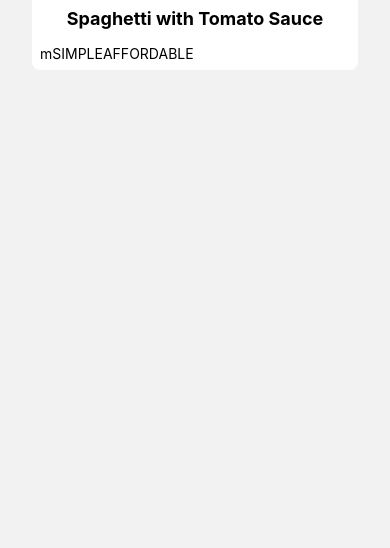
Repository: SyLe-Van/Food-Category-App
Screen: /, after clicking the first element matching `div.r-cursor-1loqt21`
The author's editor kept a copy of each file at every save. The screen is drawn from the files as they stood at one save, then again after the next save.
The pictures show rows 296 to 844 of an output 844 px tall.
The app was drawn by React Native's web renderer in a window 390 px wide. The project was rebuilt for these pictures with package versions that can differ from the ones it lists, and the page was loaded fresh each time.

Above is the screen before, as saved 2024-02-19 10:49:07.

### App.js
import { StatusBar } from "expo-status-bar";
import { StyleSheet } from "react-native";
import { NavigationContainer } from "@react-navigation/native";
import { createNativeStackNavigator } from "@react-navigation/native-stack";

import CategoriesScreen from "./screens/CategoriesScreen";
import MealsOverviewScreen from "./screens/MealsOverViewScreen";

const Stack = createNativeStackNavigator();

export default function App() {
  return (
    <>
      <StatusBar style="dark" />
      <NavigationContainer>
        <Stack.Navigator>
          <Stack.Screen name="MealsCategories" component={CategoriesScreen} />
          <Stack.Screen name="MealsOverview" component={MealsOverviewScreen} />
        </Stack.Navigator>
      </NavigationContainer>
    </>
  );
}

const styles = StyleSheet.create({
  container: {
    flex: 1,
    backgroundColor: "#fff",
    alignItems: "center",
    justifyContent: "center",
  },
});

### screens/CategoriesScreen.js
import { FlatList } from "react-native";
import { CATEGORIES } from "../data/dummy-data";
import CategoryGridTile from "../components/CategoryGridTile";

function CategoriesScreen({ navigation }) {
  function renderCategoryItem(itemData) {
    function pressHandler() {
      navigation.navigate("MealsOverview", {
        categoryId: itemData.item.id,
      });
    }
    return (
      <CategoryGridTile
        title={itemData.item.title}
        color={itemData.item.color}
        onPress={pressHandler}
      />
    );
  }
  return (
    <FlatList
      data={CATEGORIES}
      keyExtractor={(item) => item.id}
      renderItem={renderCategoryItem}
      numColumns={2}
    />
  );
}
export default CategoriesScreen;

### screens/MealsOverViewScreen.js
import { MEALS } from "../data/dummy-data";
import { View, Text, StyleSheet, FlatList } from "react-native";
import MealItem from "../components/MealItem";
function MealsOverviewScreen({ route }) {
  const catId = route.params.categoryId;
  const displayedMeals = MEALS.filter((mealItem) => {
    return mealItem.categoryIds.indexOf(catId) >= 0;
  });
  function renderMealItem(itemData) {
    const mealItemProps = {
      title: itemData.item.title,
      imageUrl: itemData.item.imageUrl,
      affordability: itemData.item.affordability,
      complexity: itemData.item.complexity,
      duaration: itemData.item.duaration,
    };
    return <MealItem {...mealItemProps} />;
  }
  return (
    <View style={styles.container}>
      <FlatList
        data={displayedMeals}
        keyExtractor={(item) => item.id}
        renderItem={renderMealItem}
      />
    </View>
  );
}
export default MealsOverviewScreen;

const styles = StyleSheet.create({
  container: {
    flex: 1,
    padding: 16,
  },
});

### data/dummy-data.js
import Category from "../models/category";
import Meal from "../models/meal";

export const CATEGORIES = [
  new Category("c1", "Italian", "#f5428d"),
  new Category("c2", "Quick & Easy", "#f54242"),
  new Category("c3", "Hamburgers", "#f5a442"),
  new Category("c4", "German", "#f5d142"),
  new Category("c5", "Light & Lovely", "#368dff"),
  new Category("c6", "Exotic", "#41d95d"),
  new Category("c7", "Breakfast", "#9eecff"),
  new Category("c8", "Asian", "#b9ffb0"),
  new Category("c9", "French", "#ffc7ff"),
  new Category("c10", "Summer", "#47fced"),
];

export const MEALS = [
  new Meal(
    "m1",
    ["c1", "c2"],
    "Spaghetti with Tomato Sauce",
    "affordable",
    "simple",
    "https://upload.wikimedia.org/wikipedia/commons/thumb/2/20/Spaghetti_Bolognese_mit_Parmesan_oder_Grana_Padano.jpg/800px-Spaghetti_Bolognese_mit_Parmesan_oder_Grana_Padano.jpg",
    20,
    [
      "4 Tomatoes",
      "1 Tablespoon of Olive Oil",
      "1 Onion",
      "250g Spaghetti",
      "Spices",
      "Cheese (optional)",
    ],
    [
      "Cut the tomatoes and the onion into small pieces.",
      "Boil some water - add salt to it once it boils.",
      "Put the spaghetti into the boiling water - they should be done in about 10 to 12 minutes.",
      "In the meantime, heaten up some olive oil and add the cut onion.",
      "After 2 minutes, add the tomato pieces, salt, pepper and your other spices.",
      "The sauce will be done once the spaghetti are.",
      "Feel free to add some cheese on top of the finished dish.",
    ],
    false,
    true,
    true,
    true
  ),

  new Meal(
    "m2",
    ["c2"],
    "Toast Hawaii",
    "affordable",
    "simple",
    "https://cdn.pixabay.com/photo/2018/07/11/21/51/toast-3532016_1280.jpg",
    10,
    [
      "1 Slice White Bread",
      "1 Slice Ham",
      "1 Slice Pineapple",
      "1-2 Slices of Cheese",
      "Butter",
    ],
    [
      "Butter one side of the white bread",
      "Layer ham, the pineapple and cheese on the white bread",
      "Bake the toast for round about 10 minutes in the oven at 200°C",
    ],
    false,
    false,
    false,
    false
  ),

  new Meal(
    "m3",
    ["c3"],
    "Classic Hamburger",
    "pricey",
    "simple",
    "https://cdn.pixabay.com/photo/2014/10/23/18/05/burger-500054_1280.jpg",
    45,
    [
      "300g Cattle Hack",
      "1 Tomato",
      "1 Cucumber",
      "1 Onion",
      "Ketchup",
      "2 Burger Buns",
    ],
    [
      "Form 2 patties",
      "Fry the patties for c. 4 minutes on each side",
      "Quickly fry the buns for c. 1 minute on each side",
      "Bruch buns with ketchup",
      "Serve burger with tomato, cucumber and onion",
    ],
    false,
    false,
    false,
    true
  ),

  new Meal(
    "m4",
    ["c4"],
    "Wiener Schnitzel",
    "luxurious",
    "challenging",
    "https://cdn.pixabay.com/photo/2018/03/31/19/29/schnitzel-3279045_1280.jpg",
    60,
    [
      "8 Veal Cutlets",
      "4 Eggs",
      "200g Bread Crumbs",
      "100g Flour",
      "300ml Butter",
      "100g Vegetable Oil",
      "Salt",
      "Lemon Slices",
    ],
    [
      "Tenderize the veal to about 2–4mm, and salt on both sides.",
      "On a flat plate, stir the eggs briefly with a fork.",
      "Lightly coat the cutlets in flour then dip into the egg, and finally, coat in breadcrumbs.",
      "Heat the butter and oil in a large pan (allow the fat to get very hot) and fry the schnitzels until golden brown on both sides.",
      "Make sure to toss the pan regularly so that the schnitzels are surrounded by oil and the crumbing becomes ‘fluffy’.",
      "Remove, and drain on kitchen paper. Fry the parsley in the remaining oil and drain.",
      "Place the schnitzels on awarmed plate and serve garnishedwith parsley and slices of lemon.",
    ],
    false,
    false,
    false,
    false
  ),

  new Meal(
    "m5",
    ["c2", "c5", "c10"],
    "Salad with Smoked Salmon",
    "luxurious",
    "simple",
    "https://cdn.pixabay.com/photo/2016/10/25/13/29/smoked-salmon-salad-1768890_1280.jpg",
    15,
    [
      "Arugula",
      "Lamb's Lettuce",
      "Parsley",
      "Fennel",
      "200g Smoked Salmon",
      "Mustard",
      "Balsamic Vinegar",
      "Olive Oil",
      "Salt and Pepper",
    ],
    [
      "Wash and cut salad and herbs",
      "Dice the salmon",
      "Process mustard, vinegar and olive oil into a dessing",
      "Prepare the salad",
      "Add salmon cubes and dressing",
    ],
    true,
    false,
    true,
    true
  ),

  new Meal(
    "m6",
    ["c6", "c10"],
    "Delicious Orange Mousse",
    "affordable",
    "hard",
    "https://cdn.pixabay.com/photo/2017/05/01/05/18/pastry-2274750_1280.jpg",
    240,
    [
      "4 Sheets of Gelatine",
      "150ml Orange Juice",
      "80g Sugar",
      "300g Yoghurt",
      "200g Cream",
      "Orange Peel",
    ],
    [
      "Dissolve gelatine in pot",
      "Add orange juice and sugar",
      "Take pot off the stove",
      "Add 2 tablespoons of yoghurt",
      "Stir gelatin under remaining yoghurt",
      "Cool everything down in the refrigerator",
      "Whip the cream and lift it under die orange mass",
      "Cool down again for at least 4 hours",
      "Serve with orange peel",
    ],
    true,
    false,
    true,
    false
  ),

  new Meal(
    "m7",
    ["c7"],
    "Pancakes",
    "affordable",
    "simple",
    "https://cdn.pixabay.com/photo/2018/07/10/21/23/pancake-3529653_1280.jpg",
    20,
    [
      "1 1/2 Cups all-purpose Flour",
      "3 1/2 Teaspoons Baking Powder",
      "1 Teaspoon Salt",
      "1 Tablespoon White Sugar",
      "1 1/4 cups Milk",
      "1 Egg",
      "3 Tablespoons Butter, melted",
    ],
    [
      "In a large bowl, sift together the flour, baking powder, salt and sugar.",
      "Make a well in the center and pour in the milk, egg and melted butter; mix until smooth.",
      "Heat a lightly oiled griddle or frying pan over medium high heat.",
      "Pour or scoop the batter onto the griddle, using approximately 1/4 cup for each pancake. Brown on both sides and serve hot.",
    ],
    true,
    false,
    true,
    false
  ),

  new Meal(
    "m8",
    ["c8"],
    "Creamy Indian Chicken Curry",
    "pricey",
    "challenging",
    "https://cdn.pixabay.com/photo/2018/06/18/16/05/indian-food-3482749_1280.jpg",
    35,
    [
      "4 Chicken Breasts",
      "1 Onion",
      "2 Cloves of Garlic",
      "1 Piece of Ginger",
      "4 Tablespoons Almonds",
      "1 Teaspoon Cayenne Pepper",
      "500ml Coconut Milk",
    ],
    [
      "Slice and fry the chicken breast",
      "Process onion, garlic and ginger into paste and sauté everything",
      "Add spices and stir fry",
      "Add chicken breast + 250ml of water and cook everything for 10 minutes",
      "Add coconut milk",
      "Serve with rice",
    ],
    true,
    false,
    false,
    true
  ),

  new Meal(
    "m9",
    ["c9"],
    "Chocolate Souffle",
    "affordable",
    "hard",
    "https://cdn.pixabay.com/photo/2014/08/07/21/07/souffle-412785_1280.jpg",
    45,
    [
      "1 Teaspoon melted Butter",
      "2 Tablespoons white Sugar",
      "2 Ounces 70% dark Chocolate, broken into pieces",
      "1 Tablespoon Butter",
      "1 Tablespoon all-purpose Flour",
      "4 1/3 tablespoons cold Milk",
      "1 Pinch Salt",
      "1 Pinch Cayenne Pepper",
      "1 Large Egg Yolk",
      "2 Large Egg Whites",
      "1 Pinch Cream of Tartar",
      "1 Tablespoon white Sugar",
    ],
    [
      "Preheat oven to 190°C. Line a rimmed baking sheet with parchment paper.",
      "Brush bottom and sides of 2 ramekins lightly with 1 teaspoon melted butter; cover bottom and sides right up to the rim.",
      "Add 1 tablespoon white sugar to ramekins. Rotate ramekins until sugar coats all surfaces.",
      "Place chocolate pieces in a metal mixing bowl.",
      "Place bowl over a pan of about 3 cups hot water over low heat.",
      "Melt 1 tablespoon butter in a skillet over medium heat. Sprinkle in flour. Whisk until flour is incorporated into butter and mixture thickens.",
      "Whisk in cold milk until mixture becomes smooth and thickens. Transfer mixture to bowl with melted chocolate.",
      "Add salt and cayenne pepper. Mix together thoroughly. Add egg yolk and mix to combine.",
      "Leave bowl above the hot (not simmering) water to keep chocolate warm while you whip the egg whites.",
      "Place 2 egg whites in a mixing bowl; add cream of tartar. Whisk until mixture begins to thicken and a drizzle from the whisk stays on the surface about 1 second before disappearing into the mix.",
      "Add 1/3 of sugar and whisk in. Whisk in a bit more sugar about 15 seconds.",
      "whisk in the rest of the sugar. Continue whisking until mixture is about as thick as shaving cream and holds soft peaks, 3 to 5 minutes.",
      "Transfer a little less than half of egg whites to chocolate.",
      "Mix until egg whites are thoroughly incorporated into the chocolate.",
      "Add the rest of the egg whites; gently fold into the chocolate with a spatula, lifting from the bottom and folding over.",
      "Stop mixing after the egg white disappears. Divide mixture between 2 prepared ramekins. Place ramekins on prepared baking sheet.",
      "Bake in preheated oven until scuffles are puffed and have risen above the top of the rims, 12 to 15 minutes.",
    ],
    true,
    false,
    true,
    false
  ),
  new Meal(
    "m10",
    ["c2", "c5", "c10"],
    "Asparagus Salad with Cherry Tomatoes",
    "luxurious",
    "simple",
    "https://cdn.pixabay.com/photo/2018/04/09/18/26/asparagus-3304997_1280.jpg",
    30,
    [
      "White and Green Asparagus",
      "30g Pine Nuts",
      "300g Cherry Tomatoes",
      "Salad",
      "Salt, Pepper and Olive Oil",
    ],
    [
      "Wash, peel and cut the asparagus",
      "Cook in salted water",
      "Salt and pepper the asparagus",
      "Roast the pine nuts",
      "Halve the tomatoes",
      "Mix with asparagus, salad and dressing",
      "Serve with Baguette",
    ],
    true,
    true,
    true,
    true
  ),
];

### components/CategoryGridTile.js
import { Pressable, View, Text, StyleSheet, Platform } from "react-native";
import { useNavigation } from "@react-navigation/native";
function CategoryGridItem({ title, color, onPress, Navigation }) {
  return (
    <View style={styles.gridItem}>
      <Pressable
        style={({ pressed }) => [
          styles.button,
          pressed ? styles.buttonPressed : null,
        ]}
        onPress={onPress}
      >
        <View style={[styles.innerContainer, { backgroundColor: color }]}>
          <Text style={styles.title}>{title}</Text>
        </View>
      </Pressable>
    </View>
  );
}
export default CategoryGridItem;

const styles = StyleSheet.create({
  gridItem: {
    flex: 1,
    margin: 16,
    height: 150,
    borderRadius: 8,
    backgroundColor: "white",
    shadowColor: "black",
    shadowOpacity: 0.25,
    shadowOffset: { width: 0, height: 2 },
    shadowOffset: 8,
    overflow: Platform.OS === "android" ? "hidden" : "visible",
  },
  button: {
    flex: 1,
  },
  buttonPressed: {
    opacity: 0.5,
  },
  innerContainer: {
    flex: 1,
    justifyContent: "center",
    padding: 16,
    alignItems: "center",
    borderRadius: 8,
  },
  title: {
    fontWeight: "bold",
    fontSize: 18,
  },
});

### components/MealItem.js
import { View, Text, Pressable, Image, StyleSheet } from "react-native";
function MealItem({ title, imageUrl, duration, complexity, affordability }) {
  return (
    <View style={styles.mealItem}>
      <Pressable>
        <View>
          <Image source={{ uri: imageUrl }} style={styles.image} />
          <Text style={styles.title}>{title}</Text>
        </View>
        <View style={styles.details}>
          <Text>{duration}m</Text>
          {complexity && <Text>{complexity.toUpperCase()}</Text>}
          {affordability && <Text>{affordability.toUpperCase()}</Text>}
        </View>
      </Pressable>
    </View>
  );
}

export default MealItem;

const styles = StyleSheet.create({
  image: {
    width: "100%",
    height: 200,
  },
  title: {
    fontWeight: "bold",
    textAlign: "center",
    fontSize: 18,
    margin: 8,
  },
  mealItem: {
    margin: 16,
    borderRadius: 8,
    overflow: "hidden",
    backgroundColor: "white",
  },
  details: {
    flexDirection: "row",
    alignItems: "center",
    padding: 8,
  },
  detailItem: {
    marginHorizontal: 4,
    fontSize: 12,
  },
});

Loaded but not shown: models/category.js (common file); models/meal.js (common file)

After the next save:
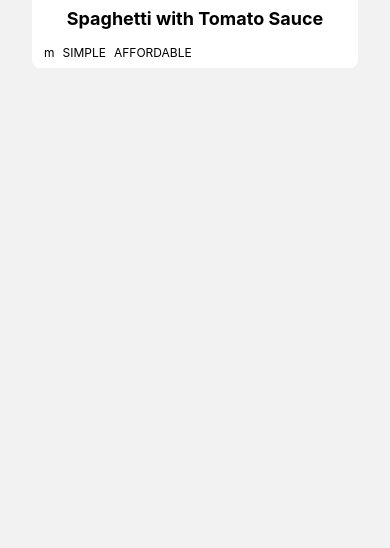
Saved 36 s later.
--- a/components/MealItem.js
+++ b/components/MealItem.js
@@ -8,9 +8,13 @@ function MealItem({ title, imageUrl, duration, complexity, affordability }) {
           <Text style={styles.title}>{title}</Text>
         </View>
         <View style={styles.details}>
-          <Text>{duration}m</Text>
-          {complexity && <Text>{complexity.toUpperCase()}</Text>}
-          {affordability && <Text>{affordability.toUpperCase()}</Text>}
+          <Text style={styles.detailItem}>{duration}m</Text>
+          {complexity && (
+            <Text style={styles.detailItem}>{complexity.toUpperCase()}</Text>
+          )}
+          {affordability && (
+            <Text style={styles.detailItem}>{affordability.toUpperCase()}</Text>
+          )}
         </View>
       </Pressable>
     </View>
